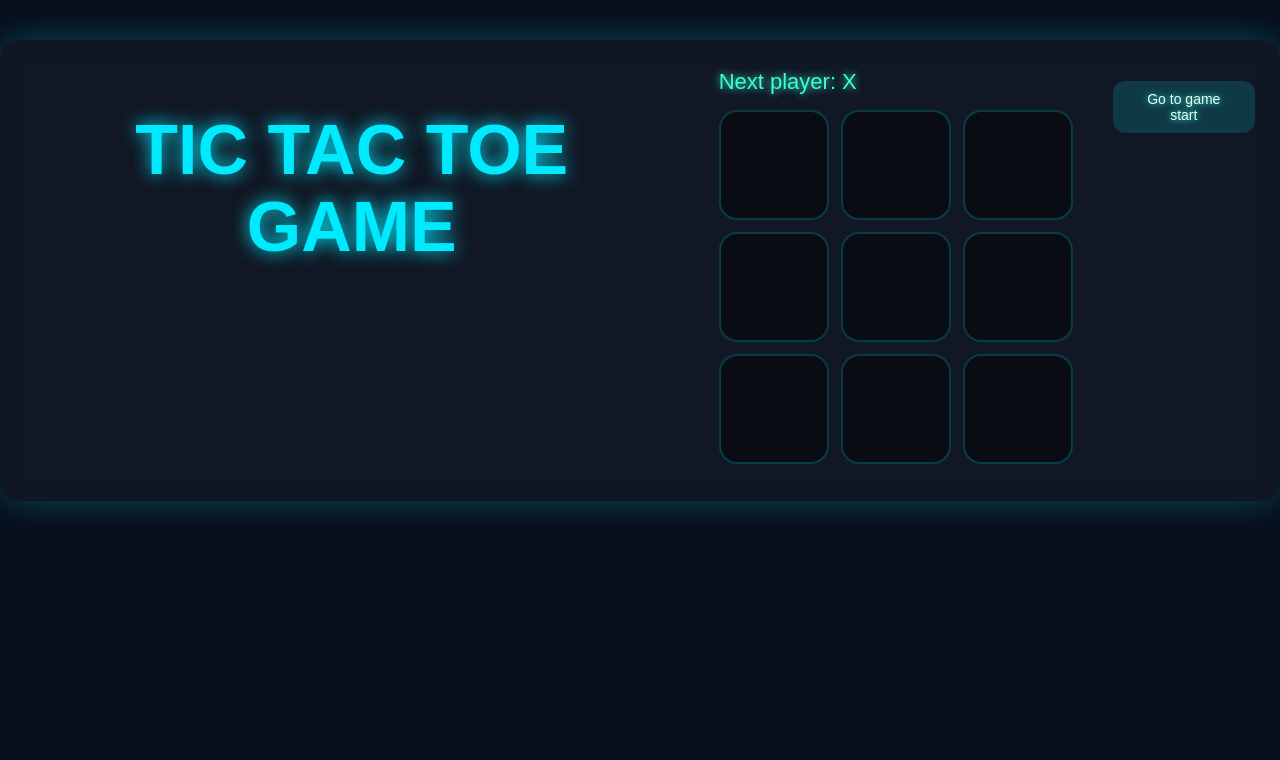
Repository: sofia123776/TIC-TAC-TOE
Page: /
The author's editor kept a copy of each file at every save. The page is drawn from the files as they stood at one save, then again after the next save.
The browser window is 1280 px wide. The pictures show the whole page.
The project was rebuilt for these pictures with package versions that can differ from the ones it lists, and the page was loaded fresh each time. Also part of the build but not shown: vite.config.js.

Above is the page before, as saved 2025-11-30 13:38:20.

After the next save:
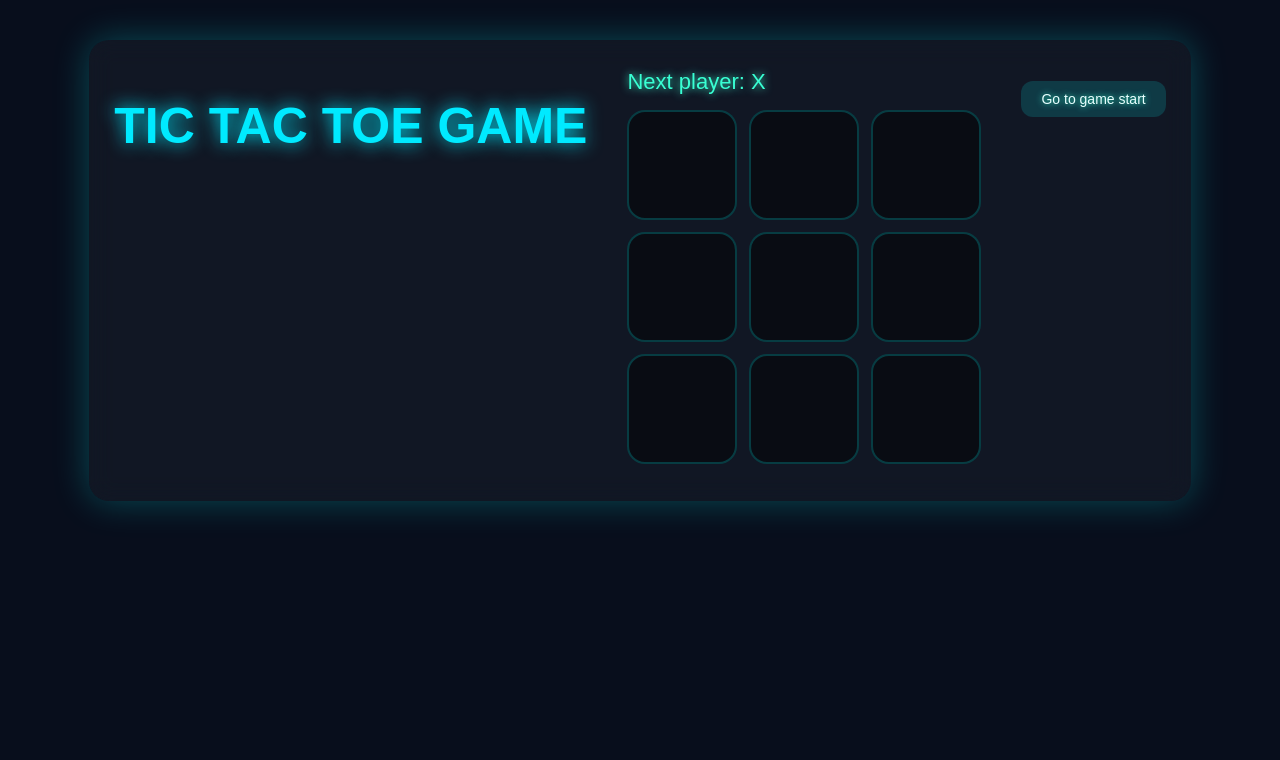
Saved 47 s later.
--- a/src/App.css
+++ b/src/App.css
@@ -13,7 +13,7 @@ body {
 /* Game Title */
 h1 {
   text-align: center;
-  font-size: 70px;
+  font-size: 50px;
   font-weight: 700;
   margin-bottom: 25px;
   text-shadow: 0 0 18px #00eaff;
